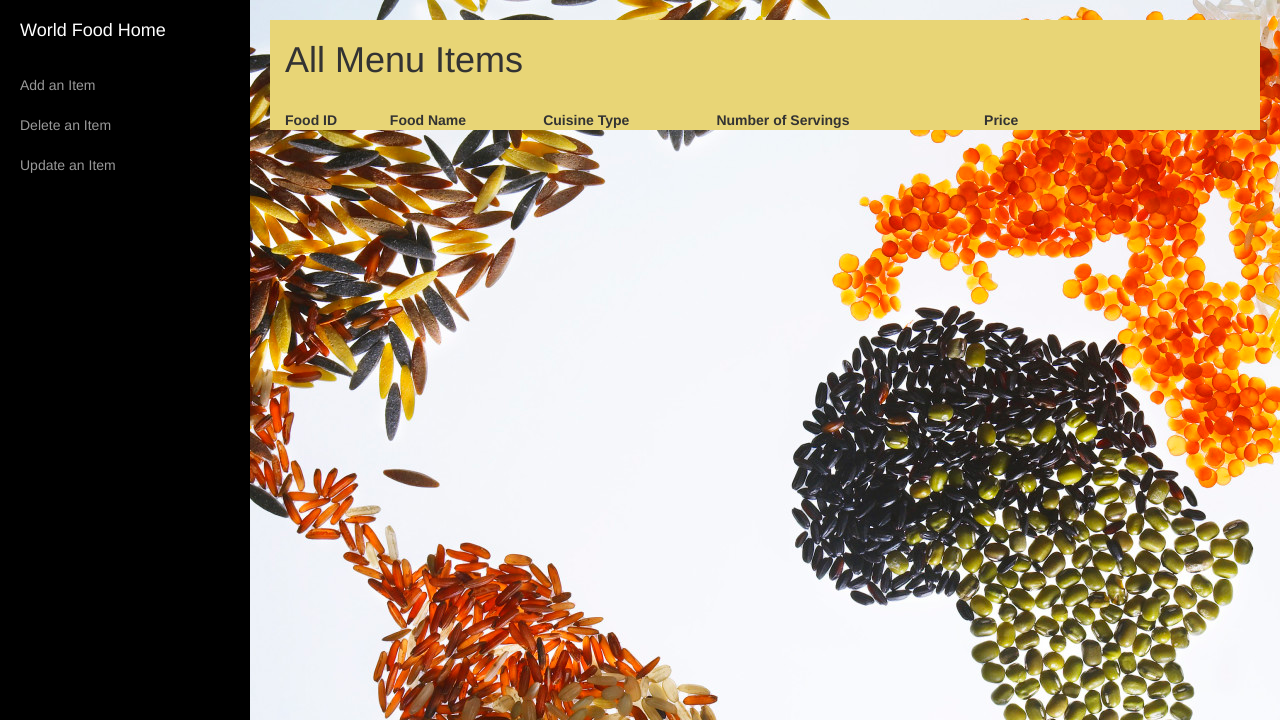
Repository: kavitachana/Sept-2
Page: http://localhost/food/read.jsp
The author's editor kept a copy of each file at every save. The page is drawn from the files as they stood at one save, then again after the next save.
The browser window is 1280 px wide. The pictures show the whole page.
The page is served by Tomcat 9. Queries for data that is not in the repository find no rows.

Above is the page before, as saved 2016-09-04 01:50:35.

After the next save:
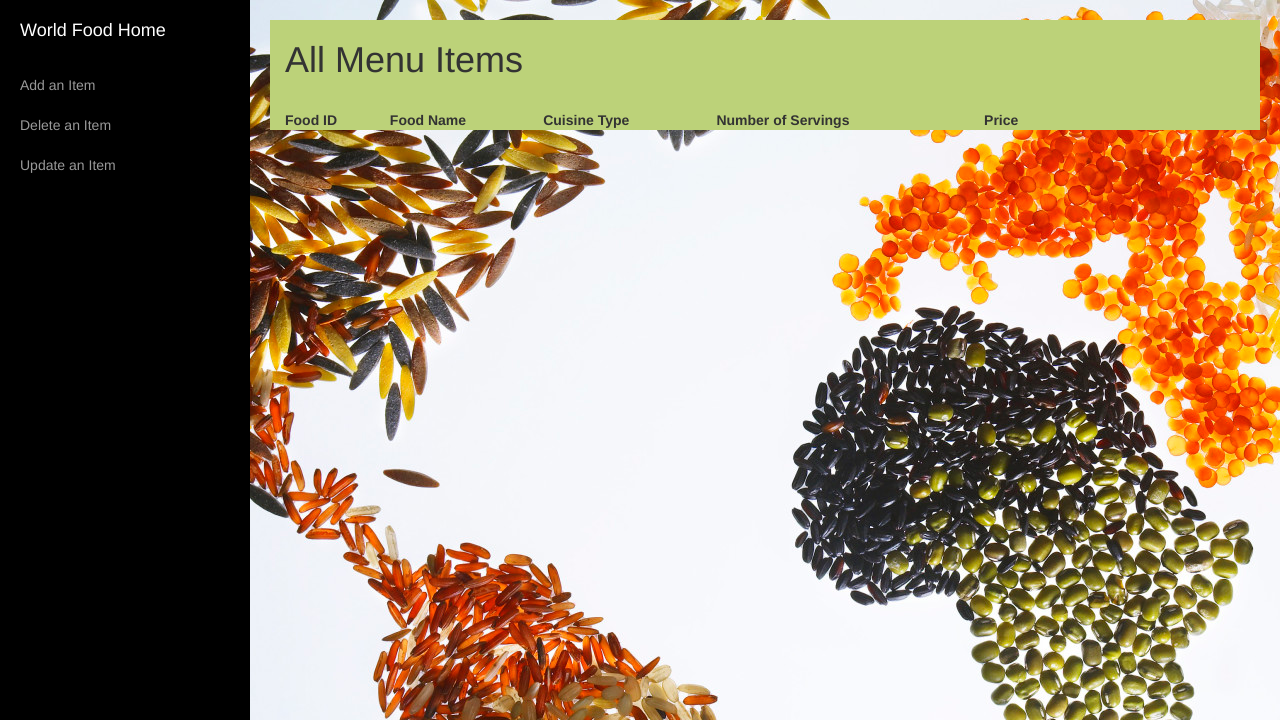
Saved 52 s later.
--- a/food/src/main/webapp/read.jsp
+++ b/food/src/main/webapp/read.jsp
@@ -46,7 +46,7 @@ body {
 		<div id="page-content-wrapper">
 			<div class="container-fluid">
 				<div class="row">
-					<div style="background-color: #e8d576" class="col-lg-12">
+					<div style="background-color: #bcd279" class="col-lg-12">
 						<h1>All Menu Items</h1>
 						<br>
 
